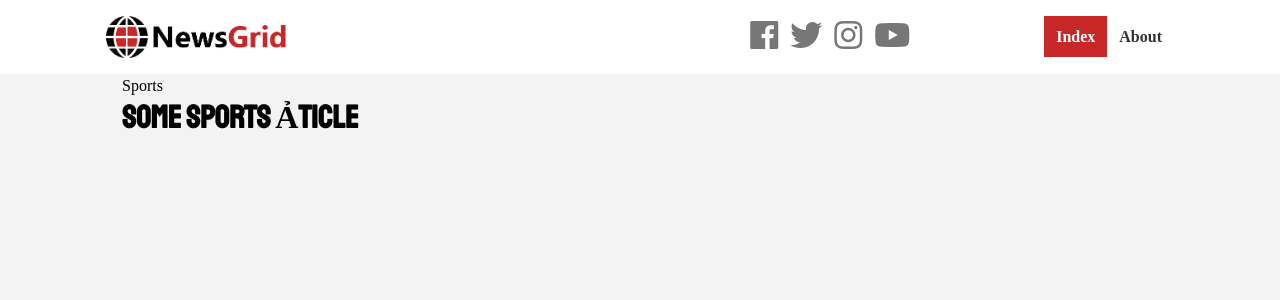
Repository: minhtien9/newsgrid
Page: index.html
An editor plug-in stored every save of this project. The page is shown before and after the next save, followed by the edit.
The browser window is 1280 px wide. The pictures show the whole page.
Some web libraries are served in a nearby version.

Above is the page before, as saved 2021-08-24 22:14:48.

After the next save:
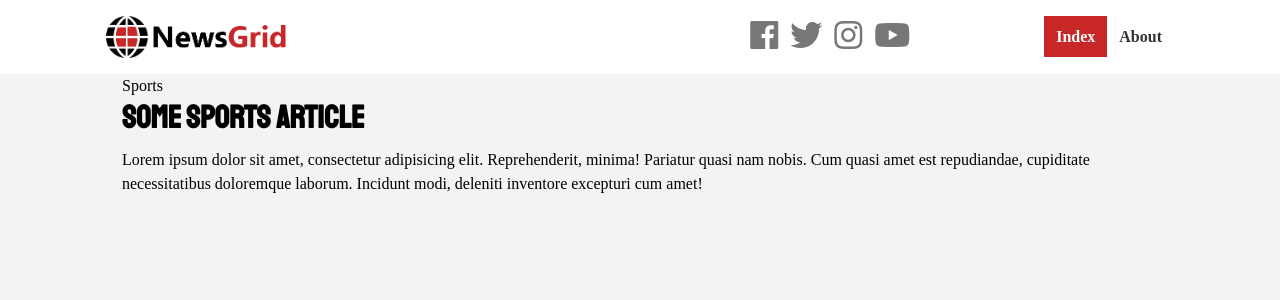
Saved 10 s later.
--- a/index.html
+++ b/index.html
@@ -40,7 +40,10 @@
             <div class="showcase-container">
                 <div class="showcase-content">
                     <div class="categogy catogory-sports">Sports</div>
-                    <h1>Some Sports Ảticle</h1>
+                    <h1>Some Sports Article</h1>
+                    <p>
+                        Lorem ipsum dolor sit amet, consectetur adipisicing elit. Reprehenderit, minima! Pariatur quasi nam nobis. Cum quasi amet est repudiandae, cupiditate necessitatibus doloremque laborum. Incidunt modi, deleniti inventore excepturi cum amet!
+                    </p>
                 </div>
             </div>
         </div>
